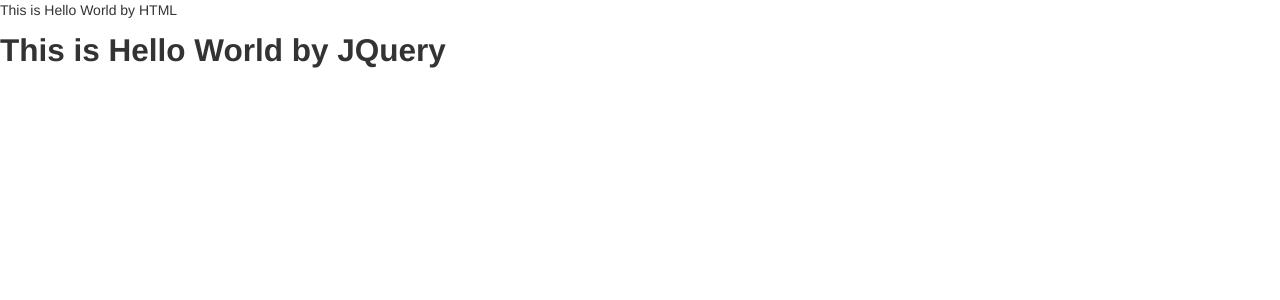
Repository: looby10120/Marathon-Runner-Database-Project
Page: client/index.html
The author's editor kept a record of every edit. The page is drawn from the files as they stood at one moment, then again after the next edit.
The browser window is 1280 px wide. The pictures show the whole page.

Above is the page before.
Not found: client/css/Mycss.css

### client/index.html
<!doctype html>
<html lang="en" ng-app>
  <head>
    <title>Databases Project</title>
    <meta name="viewport" content="width=device-width, initial-scale=1.0">
    <link rel="stylesheet" href="/css/bootstrap.min.css">
    <link rel="stylesheet" href="/css/bootstrap-responsive.min.css">
    <link rel="stylesheet" href="/client/css/Mycss.css">

  </head>
  <body>
    This is Hello World by HTML

    <div id="msgid">a

    </div>
  <script src="https://ajax.googleapis.com/ajax/libs/jquery/3.3.1/jquery.min.js"></script>
  <script>
    var a = "";
      $(document).ready(function(){
       $("#msgid").html("<h2>This is Hello World by JQuery</h2>");
      });

    </script>
  </body>
</html>

Loaded but not shown: client/css/bootstrap.min.css (library); client/css/bootstrap-responsive.min.css (library)

After the next edit:
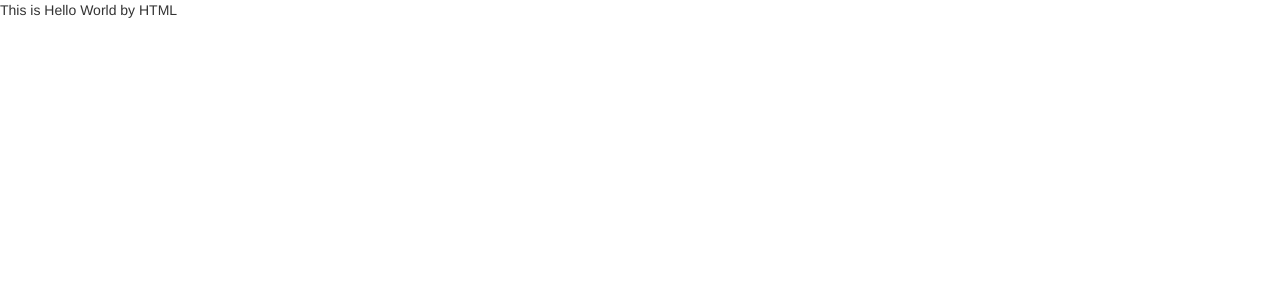
The edit:
--- a/client/index.html
+++ b/client/index.html
@@ -18,7 +18,7 @@
   <script>
     var a = "";
       $(document).ready(function(){
-       $("#msgid").html("<h2>This is Hello World by JQuery</h2>");
+       $("#msgid").html(a);
       });
 
     </script>

After the edit that followed:
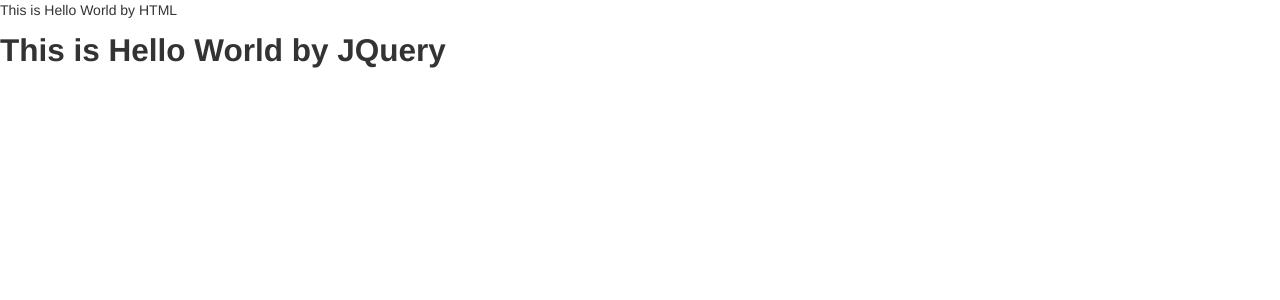
The edit:
--- a/client/index.html
+++ b/client/index.html
@@ -16,7 +16,7 @@
     </div>
   <script src="https://ajax.googleapis.com/ajax/libs/jquery/3.3.1/jquery.min.js"></script>
   <script>
-    var a = "";
+    var a = "<h2>This is Hello World by JQuery</h2>";
       $(document).ready(function(){
        $("#msgid").html(a);
       });
